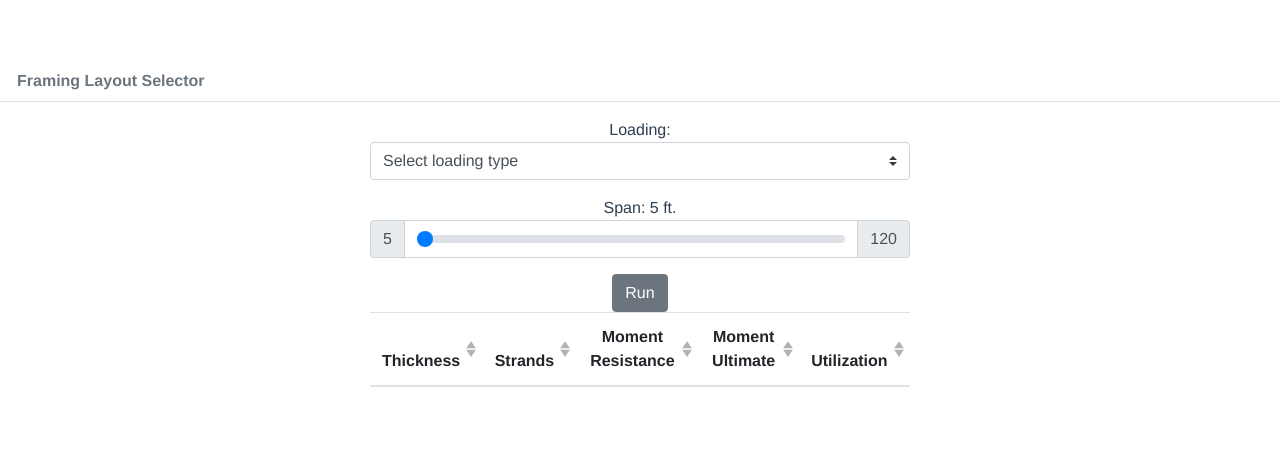
Repository: kanwarjohal/framingconceptclient
Page: /
An editor plug-in stored every save of this project. The page is shown before and after the next save, followed by the edit.
The browser window is 1280 px wide. The pictures show the whole page.
The page's requests for data from a server got no answer. The project was rebuilt for these pictures with package versions that can differ from the ones it lists, and the page was loaded fresh each time. No one was signed in, and anything a server would have sent is missing.

Above is the page before, as saved 2020-04-10 13:19:38.

After the next save:
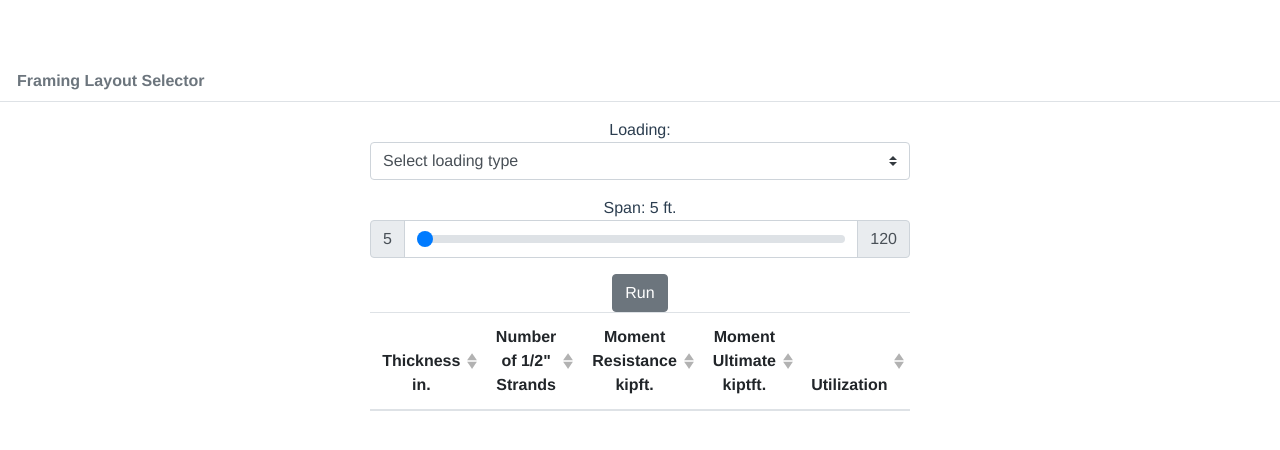
Saved 108 min 21 s later.
--- a/src/components/LoadingType.vue
+++ b/src/components/LoadingType.vue
@@ -45,22 +45,22 @@ import axios from 'axios'
                 fields: [
                     {
                     key: 'depth',
-                    label: 'Thickness',
+                    label: 'Thickness in.',
                     sortable: true
                     },
                     {
                     key: 'strands13mm',
-                    label: 'Strands',
+                    label: 'Number of 1/2" Strands',
                     sortable: true
                     },
                     {
                     key: 'mr',
-                    label: 'Moment Resistance',
+                    label: 'Moment Resistance kipft.',
                     sortable: true,
                     },
                     {
                     key: 'mu',
-                    label: 'Moment Ultimate',
+                    label: 'Moment Ultimate kiptft.',
                     sortable: true
                     },
                     {
